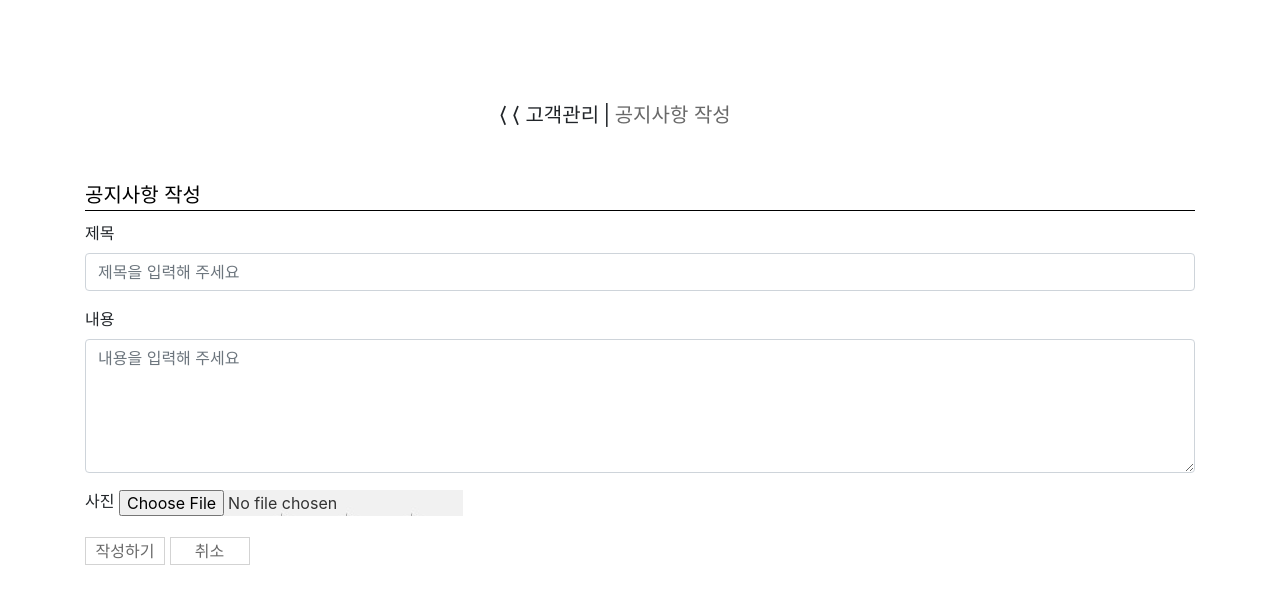
Repository: mcw9503/PassionForFashion
Page: Semi_Project/src/main/webapp/WEB-INF/createBoard.html
The author's editor kept a copy of each file at every save. The page is drawn from the files as they stood at one save, then again after the next save.
The browser window is 1280 px wide. The pictures show the whole page.
Some web libraries are served in a nearby version.

Above is the page before, as saved 2023-05-07 11:49:47.

After the next save:
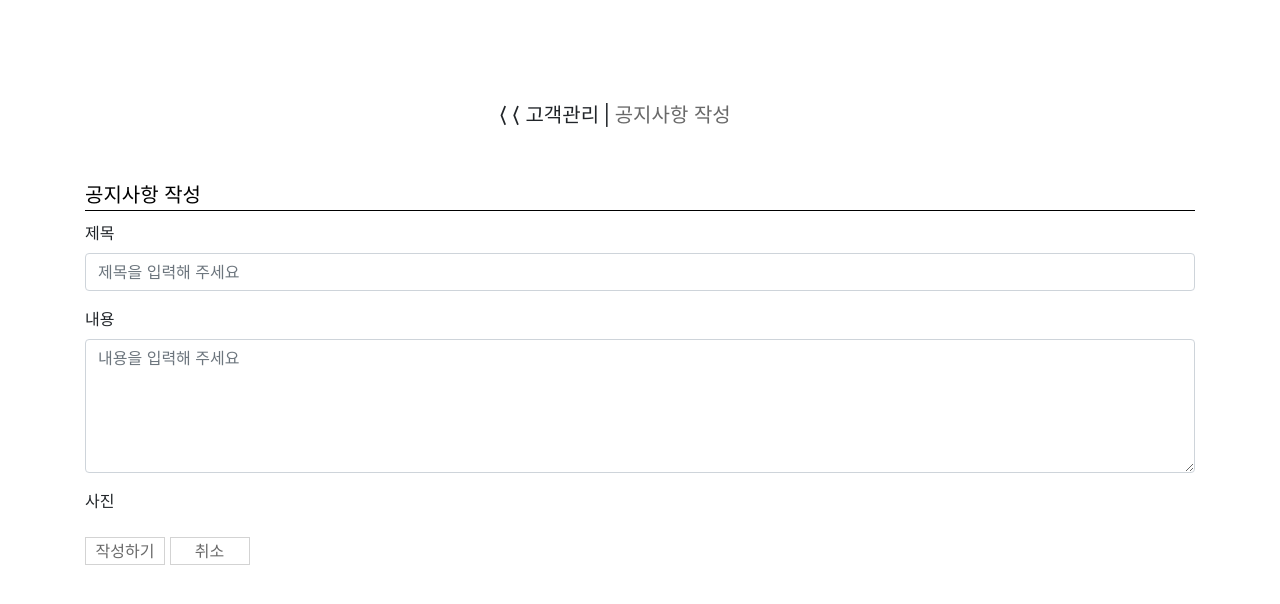
Saved 24 s later.
--- a/Semi_Project/src/main/webapp/WEB-INF/createBoard.html
+++ b/Semi_Project/src/main/webapp/WEB-INF/createBoard.html
@@ -49,6 +49,7 @@
     background-image: url(img/filePlus.jpg);
     color: #333;
     vertical-align: middle;
+    display: none;
     }
 
 </style>

After the save that followed:
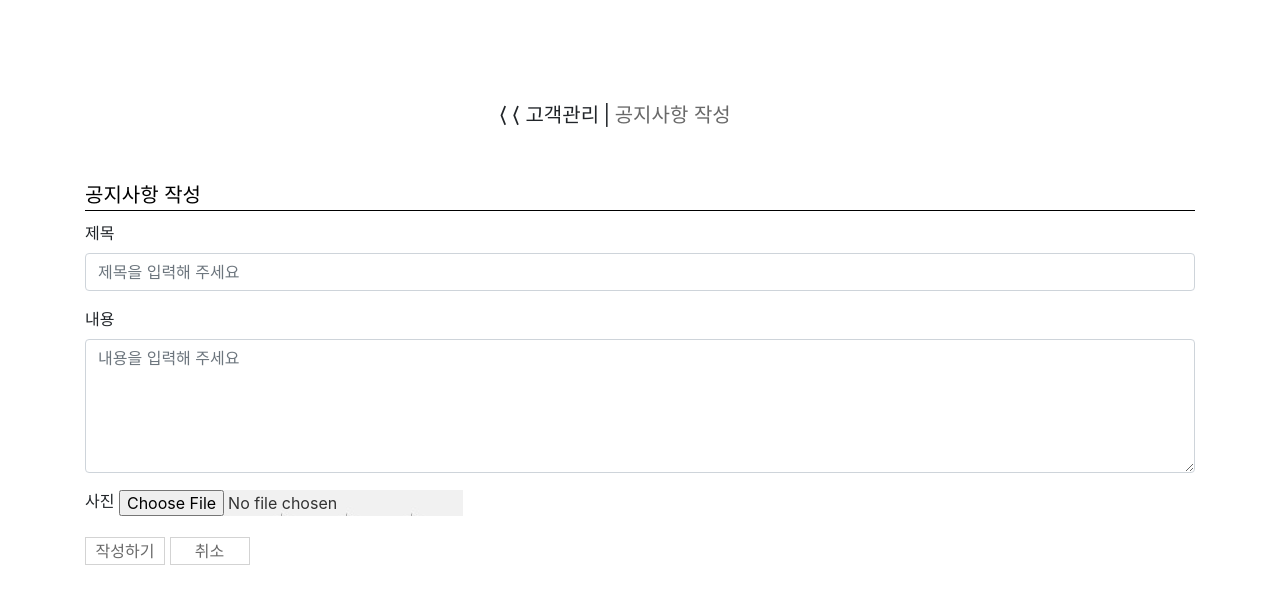
Saved 11 s later.
--- a/Semi_Project/src/main/webapp/WEB-INF/createBoard.html
+++ b/Semi_Project/src/main/webapp/WEB-INF/createBoard.html
@@ -49,7 +49,6 @@
     background-image: url(img/filePlus.jpg);
     color: #333;
     vertical-align: middle;
-    display: none;
     }
 
 </style>
